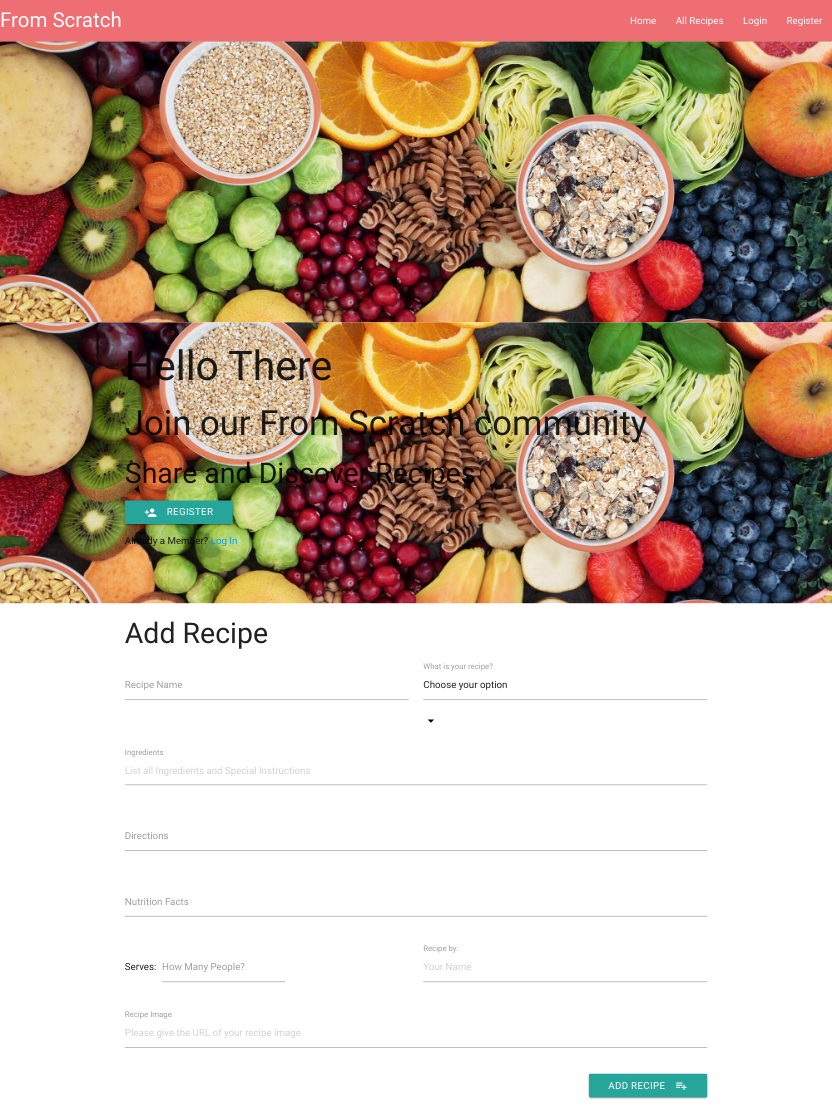
Repository: callendera/MilestoneProject3
Page: http://localhost/
The author's editor kept a record of every edit. The page is drawn from the files as they stood at one moment, then again after the next edit.
The browser window is 1280 px wide. The pictures show the whole page, at 65% of full size.
The page is served by the project's application, run on Flask 3 (recipe.py). Queries for data that is not in the repository find no rows.

Above is the page before.

After the next edit:
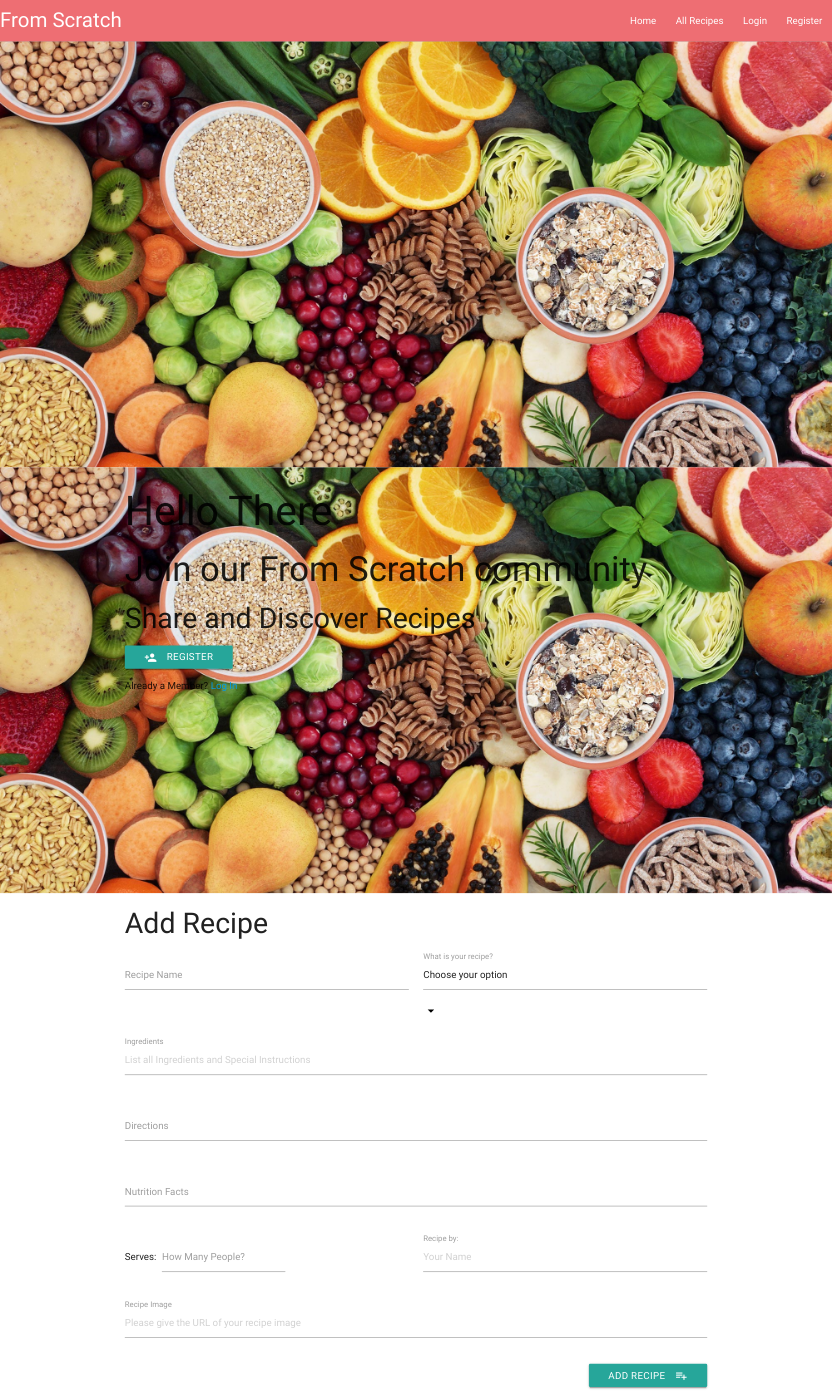
The edit:
--- a/static/css/style.css
+++ b/static/css/style.css
@@ -30,5 +30,5 @@
     align-items: center;
     justify-content: center;
     /*--- the height that container will take up in the viewport ---*/
-    height: 60vh;
+    height: 91vh;
 }
